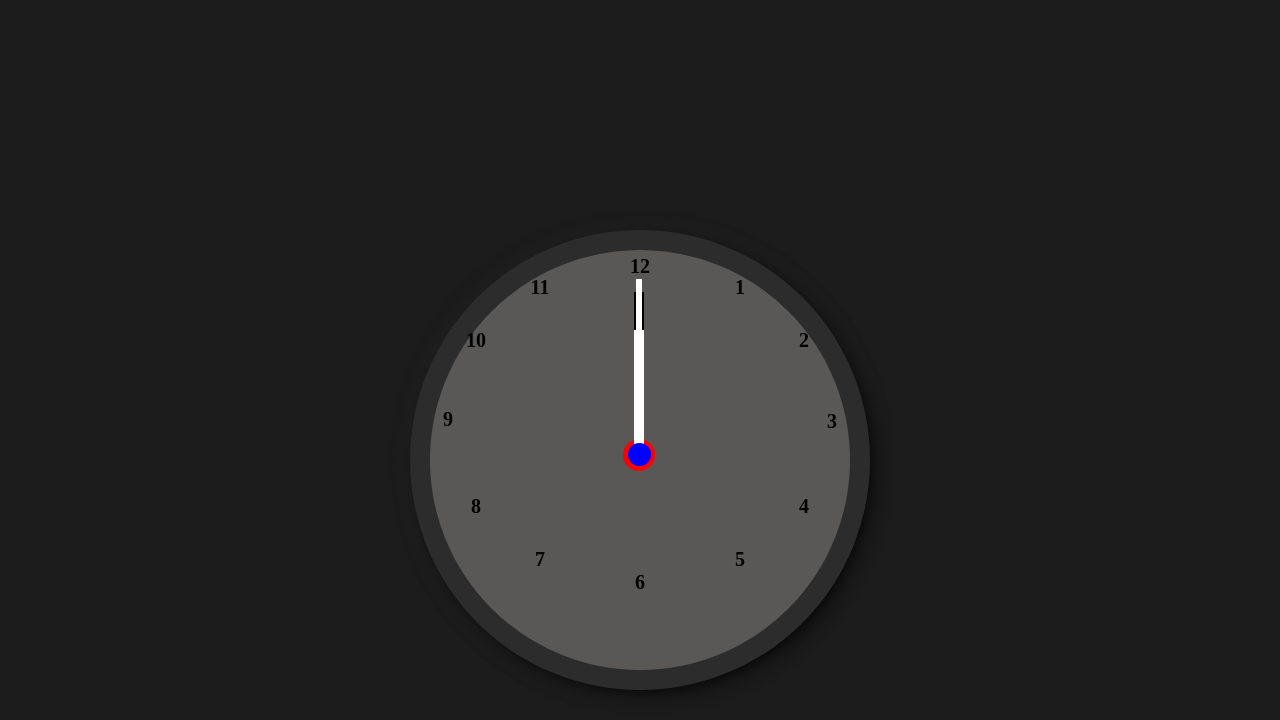
Repository: Eugene44-hub/Analog-clock
Page: index.html
The author's editor kept a copy of each file at every save. The page is drawn from the files as they stood at one save, then again after a run of saves.
The browser window is 1280 px wide. The pictures show the whole page.

Above is the page before, as saved 2021-09-04 23:15:46.

### index.html
<!DOCTYPE html>
<html lang="en">

<head>
    <meta charset="UTF-8">
    <meta http-equiv="X-UA-Compatible" content="IE=edge">
    <meta name="viewport" content="width=device-width, initial-scale=1.0">
    <title>Document</title>
    <link rel="stylesheet" href="style.css">
</head>

<body>
    <div class="clock">
        <div class="numbers">

            <div class="circle"></div>
            <div class="minute"></div>
            <div class="hour"></div>
            <div class="second"></div>
            <div class="circle small"></div>
            <div class="num1">1</div>
            <div class="num2">2</div>
            <div class="num3">3</div>
            <div class="num4">4</div>
            <div class="num5">5</div>
            <div class="num6">6</div>
            <div class="num7">7</div>
            <div class="num8">8</div>
            <div class="num9">9</div>
            <div class="num10">10</div>
            <div class="num11">11</div>
            <div class="num12">12</div>
        </div>
    </div>
</body>

<script src="app.js"></script>

</html>

### style.css
* {
    padding: 0;
    margin: 0;
}

body {
    background-color: rgb(29, 28, 28);
}

.clock {
    background-color: rgb(90, 87, 87);
    height: 400px;
    width: 400px;
    border: 20px solid rgb(44, 44, 44);
    text-align: center;
    font-weight: bold;
    font-family: cursive;
    font-size: 20px;
    transform: translate(0, 50%);
    position: relative;
    border-radius: 50%;
    margin: auto;
    padding: 10px;
    box-shadow: 4px 4px 18px black, 1px 1px 18px rgb(53, 52, 52);
}

.circle {
    background-color: red;
    position: absolute;
    top: 45%;
    left: 46%;
    width: 32px;
    height: 32px;
    border-radius: 50%;
}

.minute {
    background-color: black;
    position: absolute;
    top: 10%;
    left: 48.5%;
    width: 10px;
    height: 167px;
    border: 50%;
    transform: rotate(0deg);
    transform-origin: bottom;
}

.hour {
    background-color: black;
    position: absolute;
    top: 19%;
    left: 48.5%;
    width: 10px;
    height: 130px;
    border: 50%;
    transform: rotate(0deg);
    background-color: white;
    transform-origin: bottom;
    /* animation: clock 60s linear infinite; */
}

.second {
    position: absolute;
    top: 7%;
    left: 49%;
    width: 6px;
    height: 180px;
    border: 50%;
    transform: rotate(0deg);
    background-color: white;
    transform-origin: bottom;
    animation: clock 60s linear infinite;
}

.small {
    width: 23px;
    height: 23px;
    background-color: blue;
    left: 198px;
    top: 46%;
}


/*
@keyframes clock {
    from {
        transform: rotate(0deg);
        background-color: white;
    }
    to {
        transform: rotate(360deg);
        background-color: blueviolet;
    }
} */

.num6 {
    transform: translate(0, 850%);
}

.num9 {
    transform: translate(-48%, -155%);
}

.num12 {
    transform: translate(0, -1120%);
}

.num3 {
    transform: translate(48%, 450%);
}

.num1 {
    transform: translate(25%, 70%);
}

.num2 {
    transform: translate(41%, 200%);
}

.num4 {
    transform: translate(41%, 720%);
}

.num5 {
    transform: translate(25%, 850%);
}

.num5 {
    transform: translate(25%, 850%);
}

.num7 {
    transform: translate(-25%, 650%);
}

.num8 {
    transform: translate(-41%, 320%);
}

.num11 {
    transform: translate(-25%, -930%)
}

.num10 {
    transform: translate(-41%, -600%);
}


/* .num1,
.num2,
.num3,
.num4,
.num5,
.num6,
.num7,
.num8,
.num9,
.num10,
.num11,
.num12 {
    padding: 15px;
} */


/* .num1 {
    transform: translate(28%, 100%);
}

.num2 {
    transform: translate(44%, 260%);
}

.num3 {
    transform: translate(48%, 489%);
}

.num4 {
    transform: translate(44%, 750%);
}

.num5 {
    transform: translate(28%, 890%);
}

.num6 {
    transform: translate(0, 890%);
}

.num7 {
    transform: translate(24%, 694%);
}

.num8 {
    transform: translate(-44%, 350%)
}

.num9 {
    transform: translate(-48%, -100%);
}

.num10 {
    transform: translate(-44%, -540%);
}

.num11 {
    transform: translate(-28%, -900%);
}

.num12 {
    transform: translate(0, -1130%);
} */

### app.js
setInterval(function() {
    let second, hour, minute, date;

    second = document.querySelector('.second');
    hour = document.querySelector('.hour');
    minute = document.querySelector('.minute');
    date = new Date();
    seconds = date.getSeconds();
    hours = date.getHours() - 12;
    minutes = date.getMinutes();

    second.style.transform = ` rotate(${seconds*6}deg)`;
    minute.style.transform = `rotate(${minutes*6}deg)`;
    hour.style.transform = `rotate(${30*hours}deg)`;

}, Infinity)

After the next 2 saves:
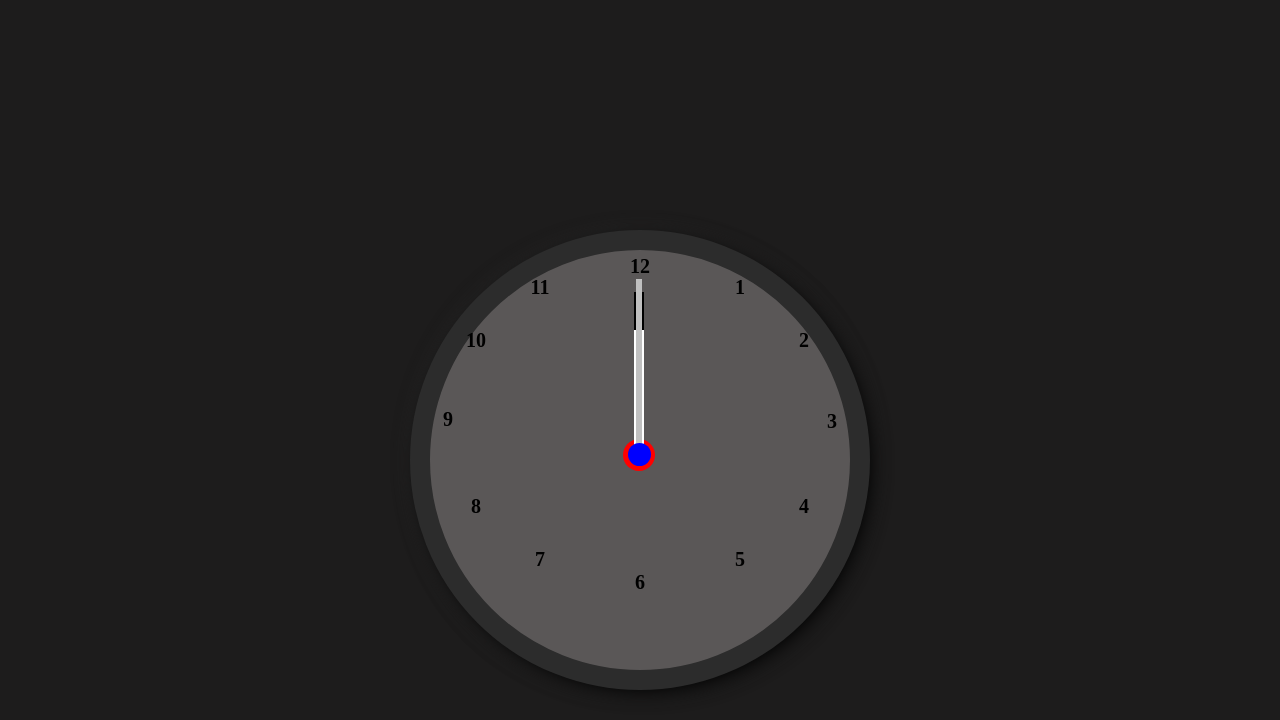
The 2 saves are shown as one change because they came seconds apart.
The last was saved 39 s later.
--- a/style.css
+++ b/style.css
@@ -68,7 +68,7 @@ body {
     height: 180px;
     border: 50%;
     transform: rotate(0deg);
-    background-color: white;
+    background-color: silver;
     transform-origin: bottom;
     animation: clock 60s linear infinite;
 }
